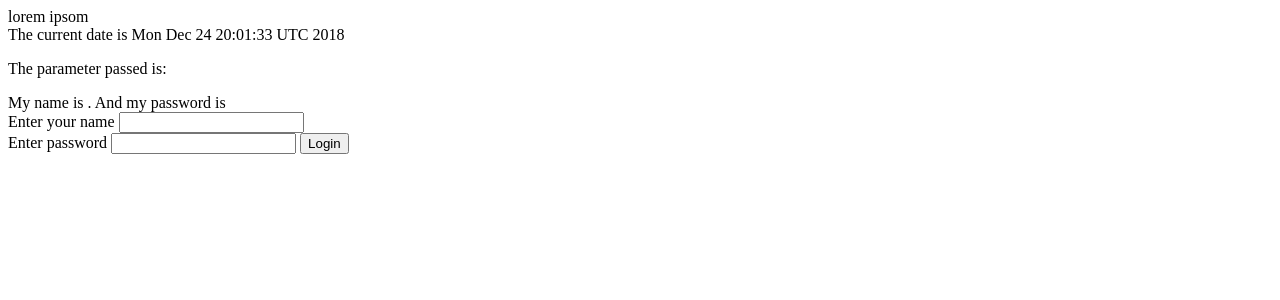
Repository: overbejt/UdemySpringMVC
Page: http://localhost/hello-World/
An editor plug-in stored every save of this project. The page is shown before and after the next save, followed by the edit.
The browser window is 1280 px wide. The pictures show the whole page.
The page is served by Tomcat 9.

Above is the page before, as saved 2018-12-27 08:29:21.

After the next save:
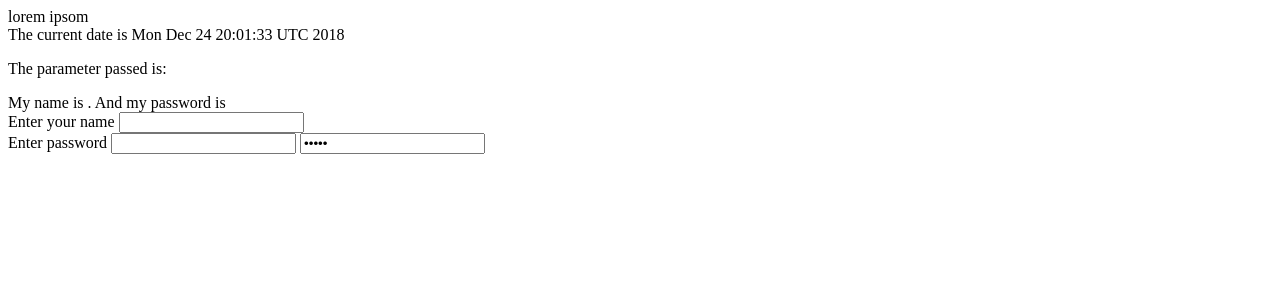
Saved 101 s later.
--- a/hello-World/src/main/webapp/WEB-INF/views/login.jsp
+++ b/hello-World/src/main/webapp/WEB-INF/views/login.jsp
@@ -37,7 +37,7 @@
 Enter your name <input type="text" name="name"/>
 <br>
 Enter password <input type="text" name="password"/>
-<input type="submit" value="Login"/>
+<input type="password" value="Login"/>
 <!-- valid user -> welcome.jsp -->
 <!-- invalid user -> login.jsp -->
 </form>

After the save that followed:
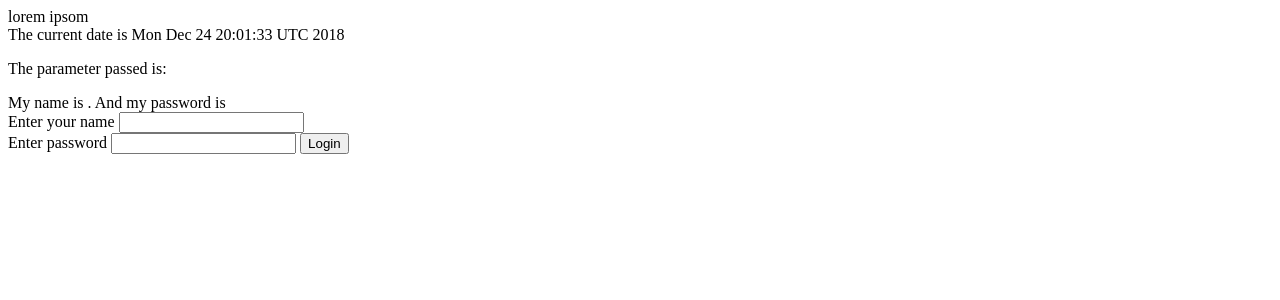
Saved 12 s later.
--- a/hello-World/src/main/webapp/WEB-INF/views/login.jsp
+++ b/hello-World/src/main/webapp/WEB-INF/views/login.jsp
@@ -36,8 +36,8 @@
 <form action="/login.do" method="post">
 Enter your name <input type="text" name="name"/>
 <br>
-Enter password <input type="text" name="password"/>
-<input type="password" value="Login"/>
+Enter password <input type="password" name="password"/>
+<input type="submit" value="Login"/>
 <!-- valid user -> welcome.jsp -->
 <!-- invalid user -> login.jsp -->
 </form>
